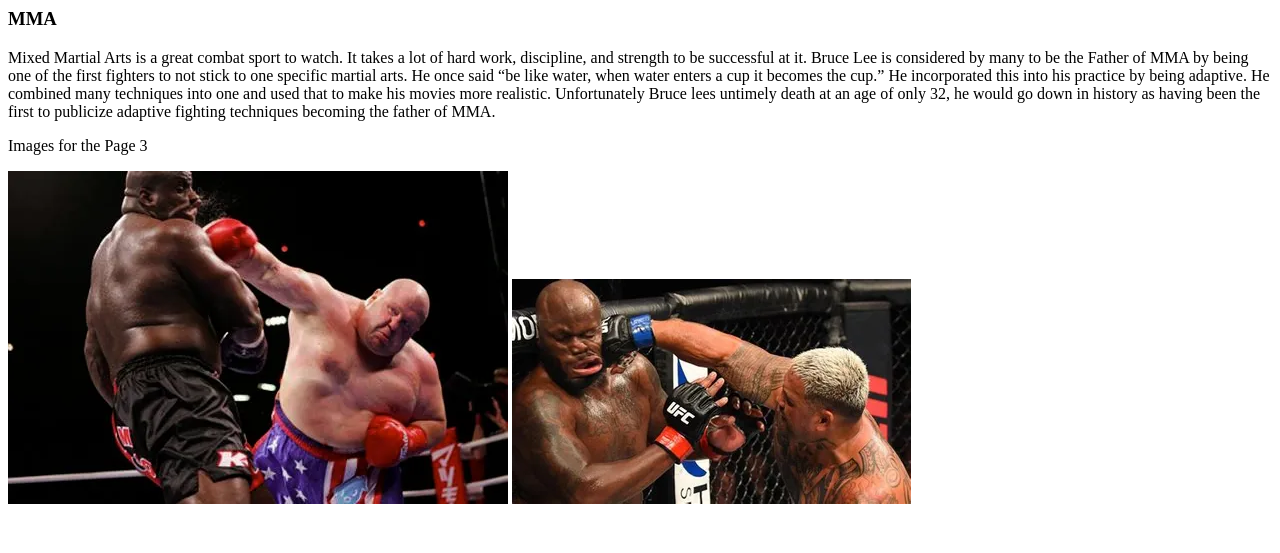
Repository: nak97/personal-site
Page: mma.html
The author's editor kept a copy of each file at every save. The page is drawn from the files as they stood at one save, then again after the next save.
The browser window is 1280 px wide. The pictures show the whole page.

Above is the page before, as saved 2023-03-13 10:16:59.

### mma.html
<h3>MMA</h3>
      <p>
        Mixed Martial Arts is a great combat sport to watch. It takes a lot of hard work, discipline, and strength to be successful at it. Bruce Lee is considered by many to be the Father of MMA by being one of the
        first fighters to not stick to one specific martial arts. He once said “be like water, when water enters a cup it becomes the cup.” He incorporated this into his practice by being adaptive. He combined many techniques into one and
        used that to make his movies more realistic. Unfortunately Bruce lees untimely death at an age of only 32, he would go down in history as having been the first to publicize adaptive fighting techniques becoming the father of MMA.
      </p>
      <p>Images for the Page 3</p>
      <img src="./images/butterbean1.webp" alt="image for page">
      <img src="./images/hit-to-face.webp" alt="image for page">

After the next save:
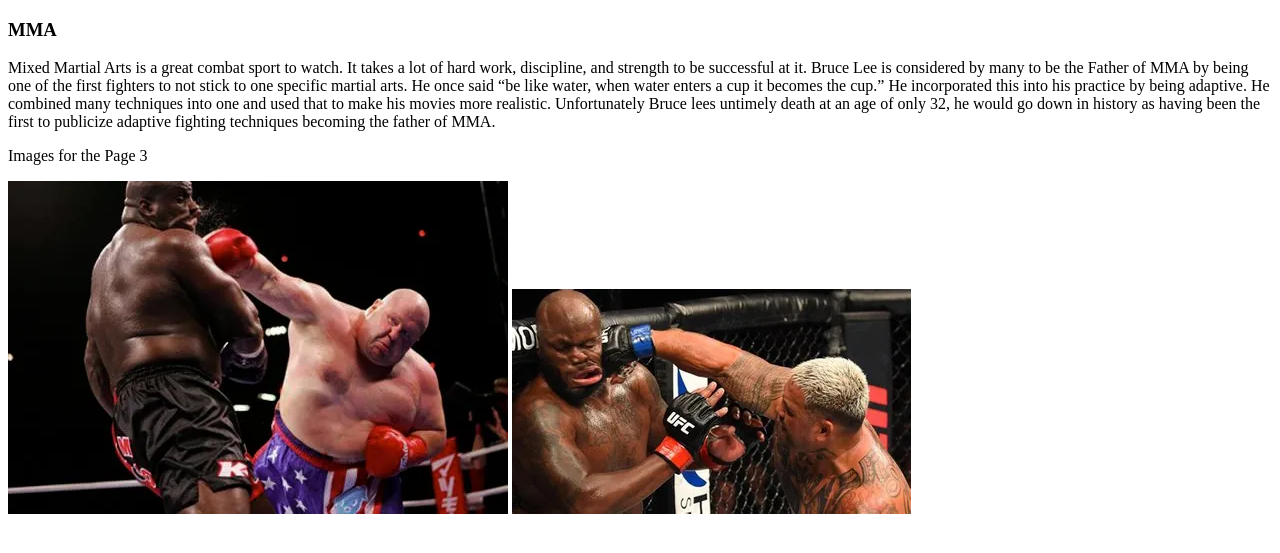
Saved 61 s later.
--- a/mma.html
+++ b/mma.html
@@ -1,4 +1,13 @@
-<h3>MMA</h3>
+<!DOCTYPE html>
+<html lang="en">
+<head>
+  <meta charset="UTF-8">
+  <meta http-equiv="X-UA-Compatible" content="IE=edge">
+  <meta name="viewport" content="width=device-width, initial-scale=1.0">
+  <title>Document</title>
+</head>
+<body>
+  <h3>MMA</h3>
       <p>
         Mixed Martial Arts is a great combat sport to watch. It takes a lot of hard work, discipline, and strength to be successful at it. Bruce Lee is considered by many to be the Father of MMA by being one of the
         first fighters to not stick to one specific martial arts. He once said “be like water, when water enters a cup it becomes the cup.” He incorporated this into his practice by being adaptive. He combined many techniques into one and
@@ -7,3 +16,5 @@
       <p>Images for the Page 3</p>
       <img src="./images/butterbean1.webp" alt="image for page">
       <img src="./images/hit-to-face.webp" alt="image for page">
+</body>
+</html>
